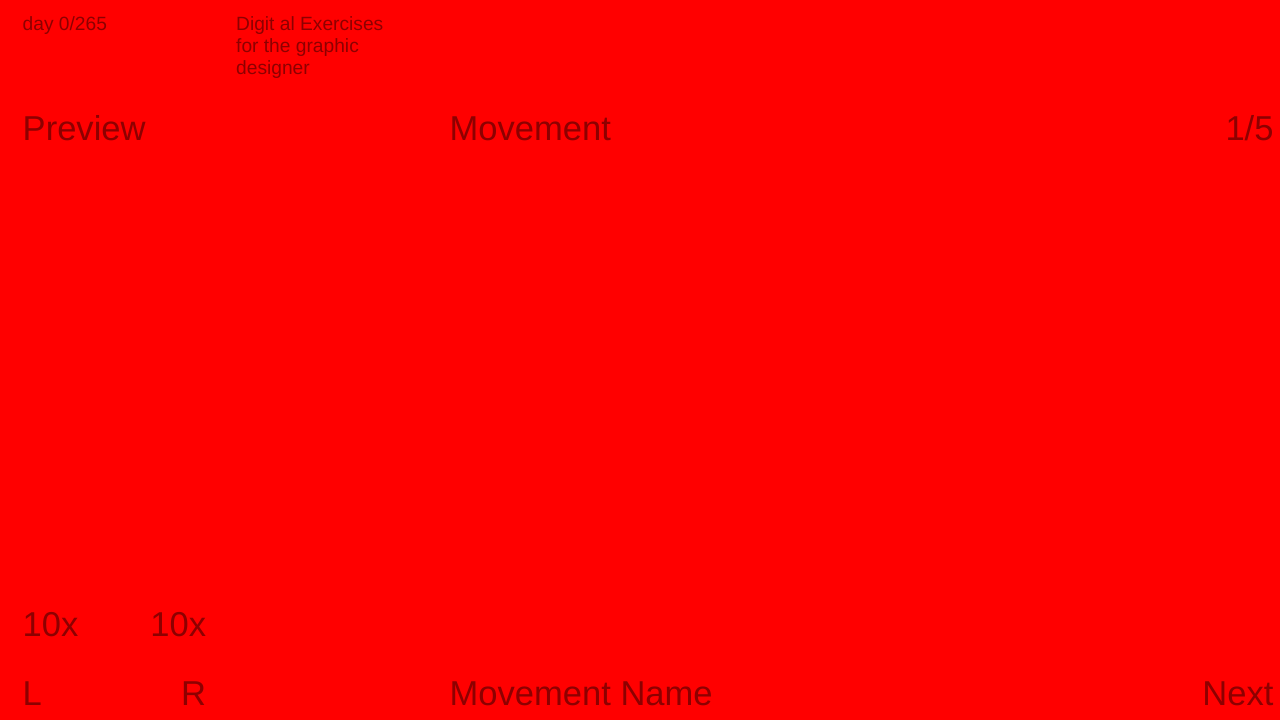
Repository: NoIdeasStudio/holiday-card-2024
Page: digit-al-exercises.html
An editor plug-in stored every save of this project. The page is shown before and after the next save, followed by the edit.
The browser window is 1280 px wide. The pictures show the whole page.

Above is the page before, as saved 2024-12-04 12:51:57.

After the next save:
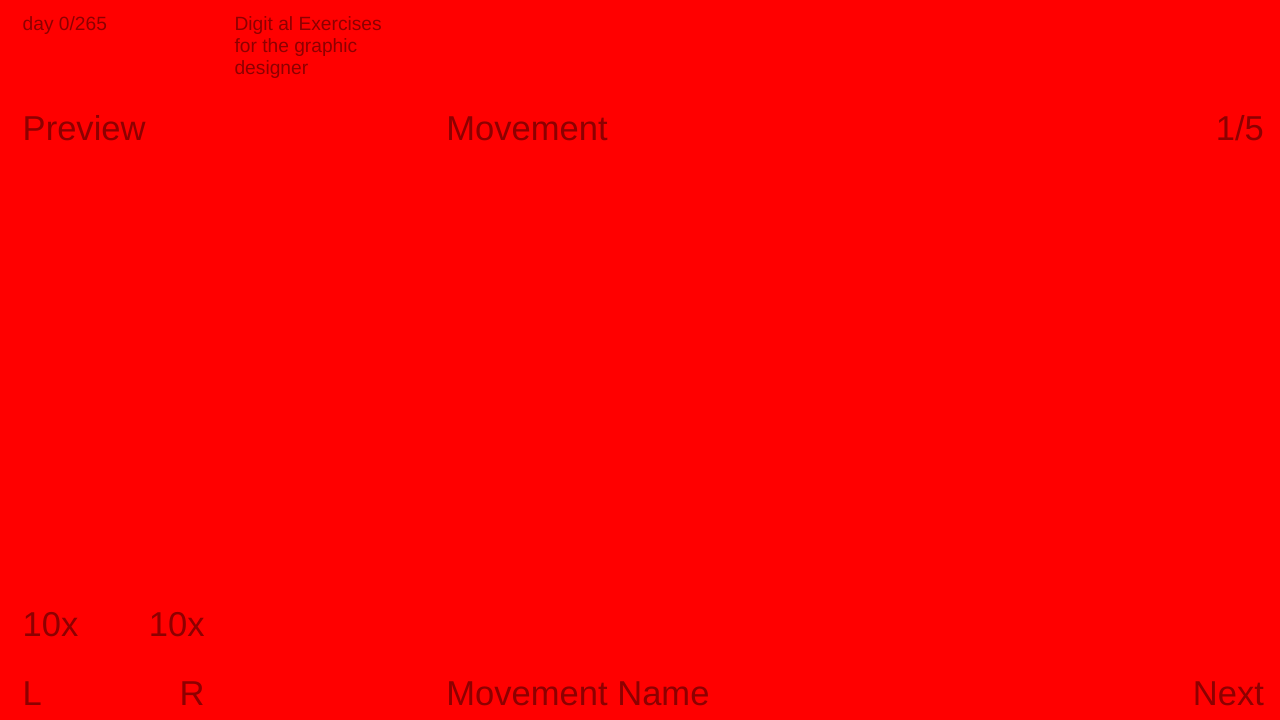
Saved 17 s later.
--- a/style.css
+++ b/style.css
@@ -15,7 +15,7 @@
     grid-template-rows: repeat(12, [row-start] 4fr);
     gap: 20px;
     padding-left: .5em;
-    padding-right: .5em;
+    padding-right: 1em;
     padding-bottom: .5em;
   }
 
